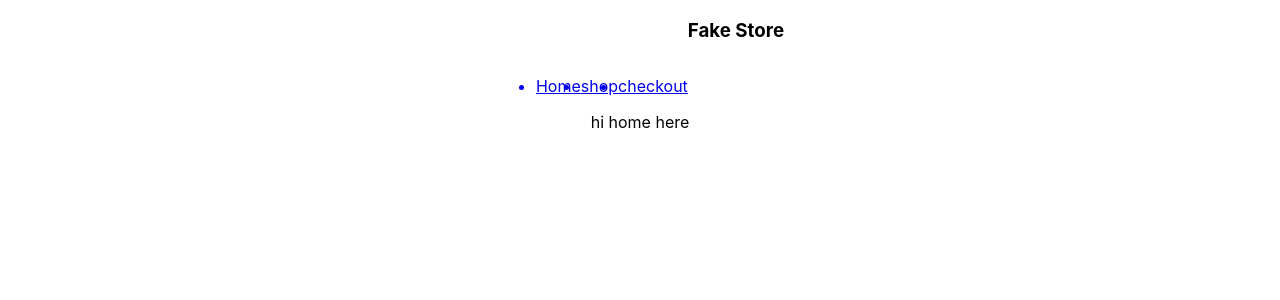
Repository: 0101chaitanya/shopping-cart
Page: /
These files come from the project's save history. The page is drawn as it stood at one moment and after a run of saves; the edit follows.
The browser window is 1280 px wide. The pictures show the whole page.
Some web libraries are served in a nearby version. The project was rebuilt for these pictures with package versions that can differ from the ones it lists, and the page was loaded fresh each time. Also part of the build but not shown: src/components/Book.js, src/components/Shop.js, src/components/Checkout.js.

Above is the page before, as saved 2021-08-03 17:40:46.

After the next 2 saves:
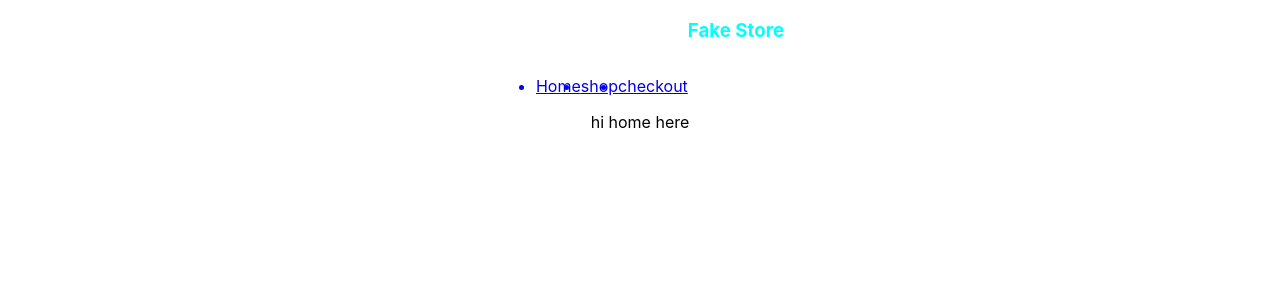
The 2 saves are shown as one change because they came seconds apart.
The last was saved 14 s later.
--- a/src/App.css
+++ b/src/App.css
@@ -17,6 +17,7 @@
 }
 nav > h3 {
   grid-area: h3;
+  color: aqua;
   text-align: center;
   position: relative;
 }

After the save that followed:
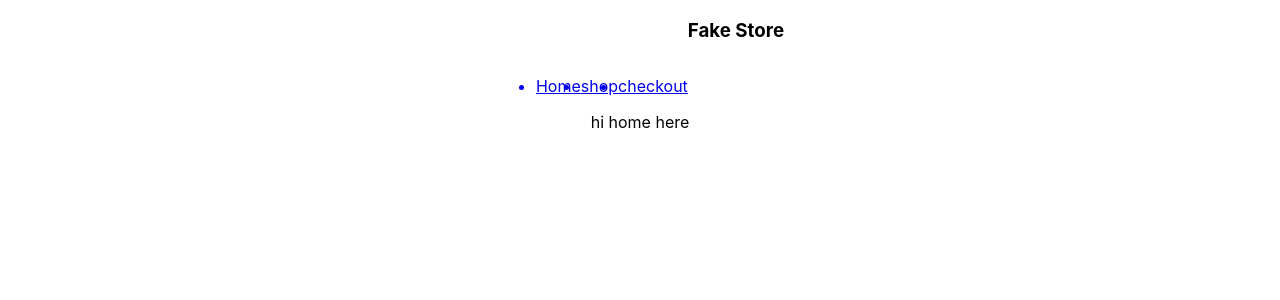
Saved 9 s later.
--- a/src/App.css
+++ b/src/App.css
@@ -17,7 +17,6 @@
 }
 nav > h3 {
   grid-area: h3;
-  color: aqua;
   text-align: center;
   position: relative;
 }
